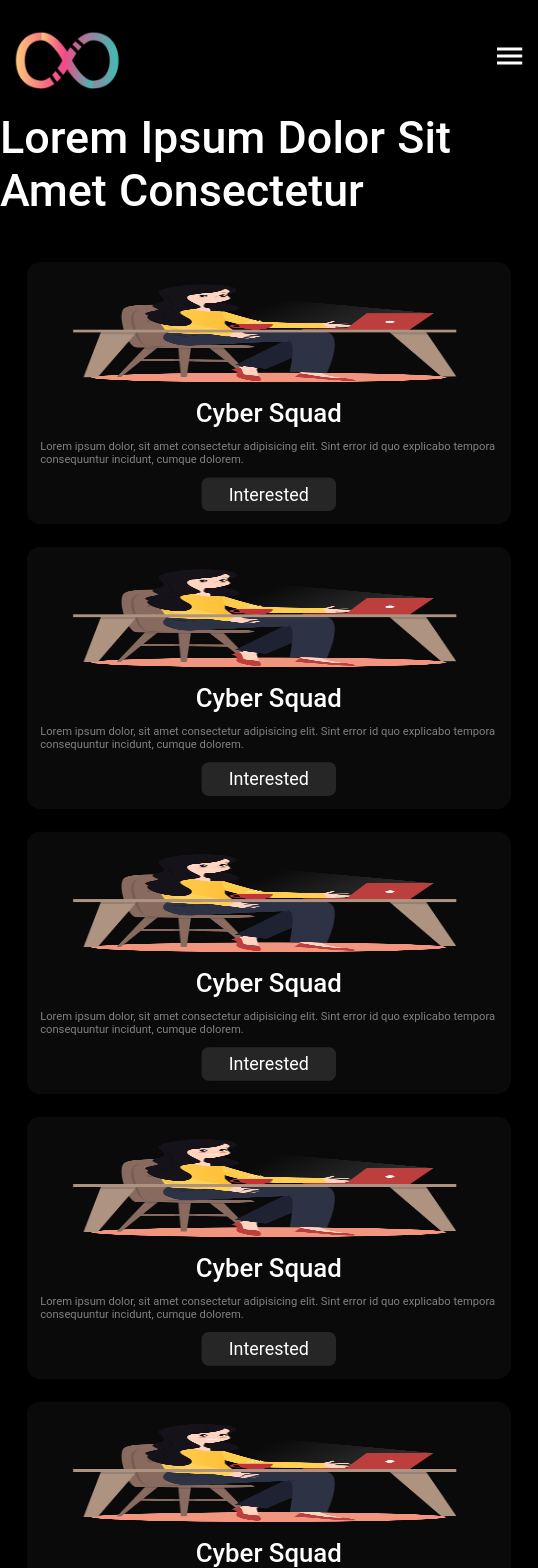
Repository: kapil4457/vizion-internship-project
Page: /
These files come from the project's save history. The page is drawn as it stood at one moment and after a run of saves; the edit follows.
The browser window is 768 px wide. The pictures show the part of the page from y = 0 to 2240 px (the page is 3030 px tall before and 2806 px after), at 70% of full size.
The project was rebuilt for these pictures with package versions that can differ from the ones it lists, and the page was loaded fresh each time. Also part of the build but not shown: src/index.css.

Above is the page before, as saved 2022-10-29 10:37:46.

### public/index.html
<!DOCTYPE html>
<html lang="en">
  <head>
    <meta charset="utf-8" />
    <link rel="icon" href="%PUBLIC_URL%/favicon.ico" />
    <meta name="viewport" content="width=device-width, initial-scale=1" />
    <meta name="theme-color" content="#000000" />
    <meta
      name="description"
      content="Web site created using create-react-app"
    />
    <link rel="preconnect" href="https://fonts.googleapis.com">
    <link rel="apple-touch-icon" href="%PUBLIC_URL%/logo192.png" />
    <!--
      manifest.json provides metadata used when your web app is installed on a
      user's mobile device or desktop. See https://developers.google.com/web/fundamentals/web-app-manifest/
    -->
    <link rel="manifest" href="%PUBLIC_URL%/manifest.json" />
    <!--
      Notice the use of %PUBLIC_URL% in the tags above.
      It will be replaced with the URL of the `public` folder during the build.
      Only files inside the `public` folder can be referenced from the HTML.

      Unlike "/favicon.ico" or "favicon.ico", "%PUBLIC_URL%/favicon.ico" will
      work correctly both with client-side routing and a non-root public URL.
      Learn how to configure a non-root public URL by running `npm run build`.
    -->
    <title>React App</title>
  </head>
  <body>
    <noscript>You need to enable JavaScript to run this app.</noscript>
    <div id="root"></div>
    <!--
      This HTML file is a template.
      If you open it directly in the browser, you will see an empty page.

      You can add webfonts, meta tags, or analytics to this file.
      The build step will place the bundled scripts into the <body> tag.

      To begin the development, run `npm start` or `yarn start`.
      To create a production bundle, use `npm run build` or `yarn build`.
    -->
  </body>
</html>

### src/index.js
import React from 'react';
import ReactDOM from 'react-dom/client';
import './index.css';
import App from './App';
import reportWebVitals from './reportWebVitals';
import { BrowserRouter } from 'react-router-dom';
const root = ReactDOM.createRoot(document.getElementById('root'));
root.render(
  <BrowserRouter >
  <React.StrictMode>
    <App />
  </React.StrictMode>
  </BrowserRouter>
);

// If you want to start measuring performance in your app, pass a function
// to log results (for example: reportWebVitals(console.log))
// or send to an analytics endpoint. Learn more: https://bit.ly/CRA-vitals
reportWebVitals();

### src/App.js
import { Route, Routes } from 'react-router-dom';
import './App.css';
import Header from './components/Header/Header';
import Home from './components/Home/Home';

function App() {
  return (
   <>
<Header />
   <Routes>
<Route exact path='/' element={<Home />} />


   </Routes>



   </>
  );
}

export default App;

### src/App.css
*{
margin:0;
padding:0;
box-sizing: border-box;
font-family: 'Roboto', sans-serif;}

body{
  background-color: black;
  color : white;

}
a{
  text-decoration: none;;
  color:white;
}

.active{
  color:red;
}

body::-webkit-scrollbar {
  display: none;
}

### src/components/Header/Header.jsx
import React from "react";
import { NavLink } from "react-router-dom";
import Logo from "./logo.png";
import MenuIcon from "@mui/icons-material/Menu";
import "./Header.css";
const Header = () => {
  return (
    <div className="main-header">
      <NavLink to="/" className="left-header">
        <img src={Logo} alt="" />
      </NavLink>
      <div className="right-header">
        <NavLink to="/products">Products</NavLink>
        <NavLink to="/club">Club</NavLink>
        <NavLink to="/contact">Get in Touch</NavLink>
      </div>
      <div className="right-ham">
        <MenuIcon />
      </div>
    </div>
  );
};

export default Header;

### src/components/Home/Home.jsx
import React from "react";
import { data } from "../../item";
import "./Home.css";
import HomeCard from "./HomeCard";
const Home = () => {
  return (
    <div className="main-home">
      <h2 className="heading">Lorem ipsum dolor sit amet consectetur</h2>

      <div className="home-card-container">
        {data.map((item, key) => (
          <HomeCard item={item} key={key} />
        ))}
      </div>
      <h2 className="heading">VIZION Lorem Ipsum Dolorsit Amet Consectetur</h2>
    </div>
  );
};

export default Home;

### src/components/Header/Header.css
.main-header{
    height:10rem;
    width:100%;
    display:flex;
    justify-content: space-between;
    align-items: center;
    padding:0rem 3rem
}

.main-header > .left-header >img{
    height:10rem;

}

.main-header > .right-header
{
    display:flex;
    gap:4rem;
    font-size:1.5rem;
    font-weight:550;
}

.main-header > .right-header>a{
    height:4rem;
    width:10rem;
    display:flex;
    justify-content: center;
   align-items: center;
   border-radius:10px;
   box-shadow: 0px 0px 10px rgba(243, 238, 238,0.5);
   transition: all 0.2s;
}
.main-header > .right-header>a:hover{

    box-shadow: 0px 0px 20px rgba(243, 238, 238,0.5);
    transform: scale(1.01);
   }

   .right-ham{
    display: none;
   }
   .right-ham>svg{

    font-size:3rem;

   }


   @media (max-width:768px ){
.main-header{
    padding:0 1rem;
}
   .main-header > .right-header{
        display:none;
    }
    .right-ham{
        display:flex;
    }
   }

### src/item.js
export const data = [
    {
        title : "Cyber Squad",
        description : "Lorem ipsum dolor, sit amet consectetur adipisicing elit. Sint error id quo explicabo tempora consequuntur incidunt, cumque dolorem.        "
    },
    {
        title : "Cyber Squad",
        description : "Lorem ipsum dolor, sit amet consectetur adipisicing elit. Sint error id quo explicabo tempora consequuntur incidunt, cumque dolorem.        "
    },
    {
        title : "Cyber Squad",
        description : "Lorem ipsum dolor, sit amet consectetur adipisicing elit. Sint error id quo explicabo tempora consequuntur incidunt, cumque dolorem.        "
    },
    {
        title : "Cyber Squad",
        description : "Lorem ipsum dolor, sit amet consectetur adipisicing elit. Sint error id quo explicabo tempora consequuntur incidunt, cumque dolorem.        "
    },
    {
        title : "Cyber Squad",
        description : "Lorem ipsum dolor, sit amet consectetur adipisicing elit. Sint error id quo explicabo tempora consequuntur incidunt, cumque dolorem.        "
    },
    {
        title : "Cyber Squad",
        description : "Lorem ipsum dolor, sit amet consectetur adipisicing elit. Sint error id quo explicabo tempora consequuntur incidunt, cumque dolorem.        "
    }
]

### src/components/Home/Home.css
.main-home{
    color:white;
    width:100%;
    display: flex;
    flex-direction: column;
    gap:4rem;
    margin-bottom: 2rem;
}

.main-home > h2{
    width:100%;
    display: flex;
    justify-content: center;
    align-items:center;
    font-size:4rem;
    word-spacing: 0.1rem;
    font-weight:450;
    text-transform: capitalize;

}


.main-home > .home-card-container{
    display:grid;
    grid-template-columns: 1fr 1fr 1fr;
    row-gap: 2rem;
    place-items: center;
}


@media (max-width: 768px){

    .main-home > .home-card-container{
    grid-template-columns: 1fr;

}

.main-home > h2{

}
}

### src/components/Home/HomeCard.jsx
import React from "react";
import "./HomeCard.css";
import Image from "./cardImage.png";
const HomeCard = ({ item }) => {
  return (
    <div className="home-card">
      <img src={Image} alt="" />
      <div className="card-info">
        <h2>{item.title}</h2>
        <p>{item.description}</p>
        <button>Interested</button>
      </div>
    </div>
  );
};

export default HomeCard;

### src/components/Home/HomeCard.css
.home-card{
    width:90%;
    display:flex;
    padding:1rem 0;
    gap:1rem;
    padding-top:1rem;
    background-color: rgba(51, 50, 50, 0.2);
    border-radius: 20px;
    border:3px solid rgba(51, 50, 50, 0.0);
    transition: all 0.4s;

}
.home-card:hover{
    border:3px solid blue;
}
.home-card>img{
    height:10rem;

}
.home-card > .card-info{
    display:flex;
    flex-direction: column;
    gap:1rem;
    padding:0 1rem;
    align-items: center;

}
.home-card > .card-info > h2{
    font-size: 2.3rem;
    font-weight: 450;
}
.home-card > .card-info > p{
    color:gray
}
.home-card > .card-info > button{
    background-color: rgba(51, 50, 50, 0.7);
    border:none;
    outline:none;
    width:12rem;
    border-radius: 10px;
    font-size:1.6rem;
    color:white;
    height:3rem;
    transition: all 0.4s;
    cursor:pointer;
}
.home-card > .card-info > button:hover{

    background-color: rgba(51, 50, 50, 0.9);
}


@media(max-width:768px){
    .home-card{
        flex-direction: column;
    }
}

Loaded but not shown: src/reportWebVitals.js (common file)

After the next 2 saves:
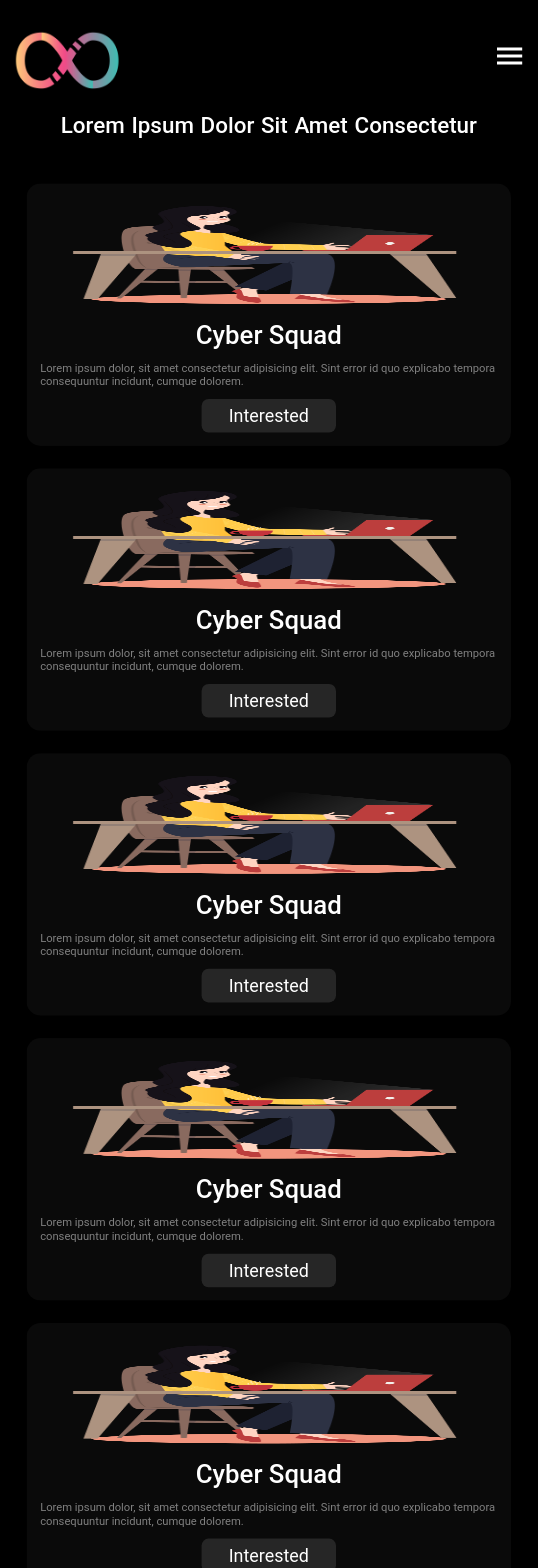
The 2 saves are shown as one change because they came seconds apart.
The last was saved 12 s later.
--- a/src/components/Home/Home.css
+++ b/src/components/Home/Home.css
@@ -36,6 +36,6 @@
 }
 
 .main-home > h2{
-
+font-size:2rem
 }
 }
